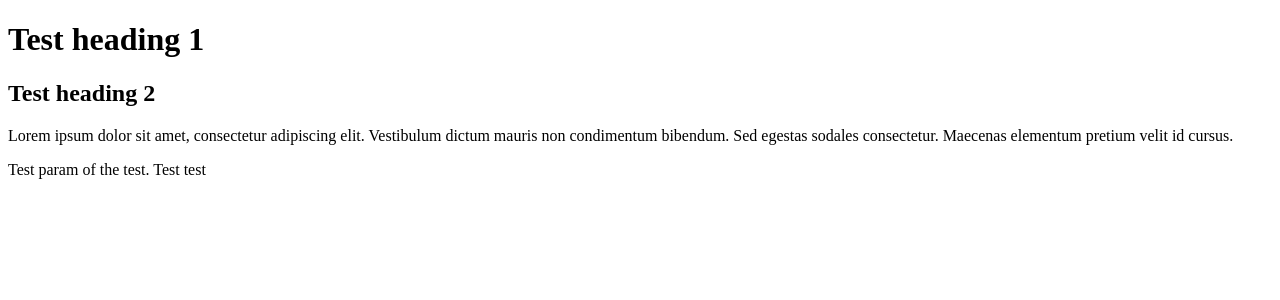
Repository: fran2708/LPPA
Page: Project 1/index.html
The author's editor kept a copy of each file at every save. The page is drawn from the files as they stood at one save, then again after the next save.
The browser window is 1280 px wide. The pictures show the whole page.

Above is the page before, as saved 2022-04-12 20:02:28.

After the next save:
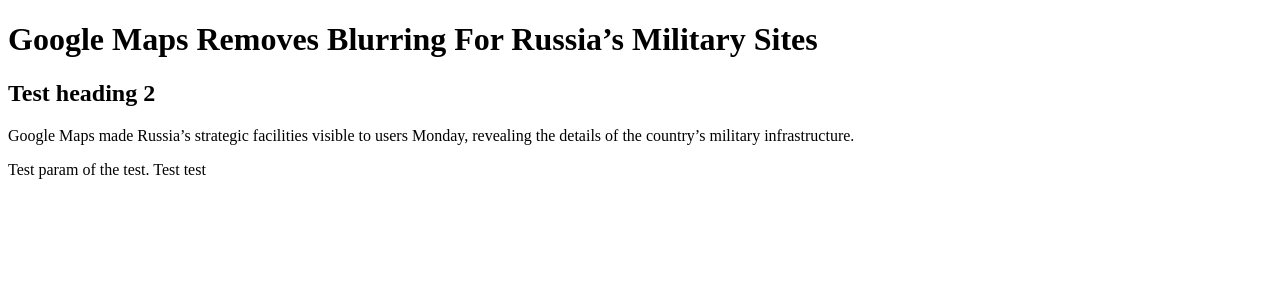
Saved 5 days later.
--- a/Project 1/index.html
+++ b/Project 1/index.html
@@ -7,9 +7,9 @@
     <title>Test page</title>
 </head>
 <body>
-    <h1>Test heading 1</h1>
+    <h1>Google Maps Removes Blurring For Russia’s Military Sites</h1>
     <h2>Test heading 2</h2>
-    <p>Lorem ipsum dolor sit amet, consectetur adipiscing elit. Vestibulum dictum mauris non condimentum bibendum. Sed egestas sodales consectetur. Maecenas elementum pretium velit id cursus.</p>
+    <p>Google Maps made Russia’s strategic facilities visible to users Monday, revealing the details of the country’s military infrastructure. </p>
     <param>Test param of the test.</param>
     <param>Test test </param>
 </body>
